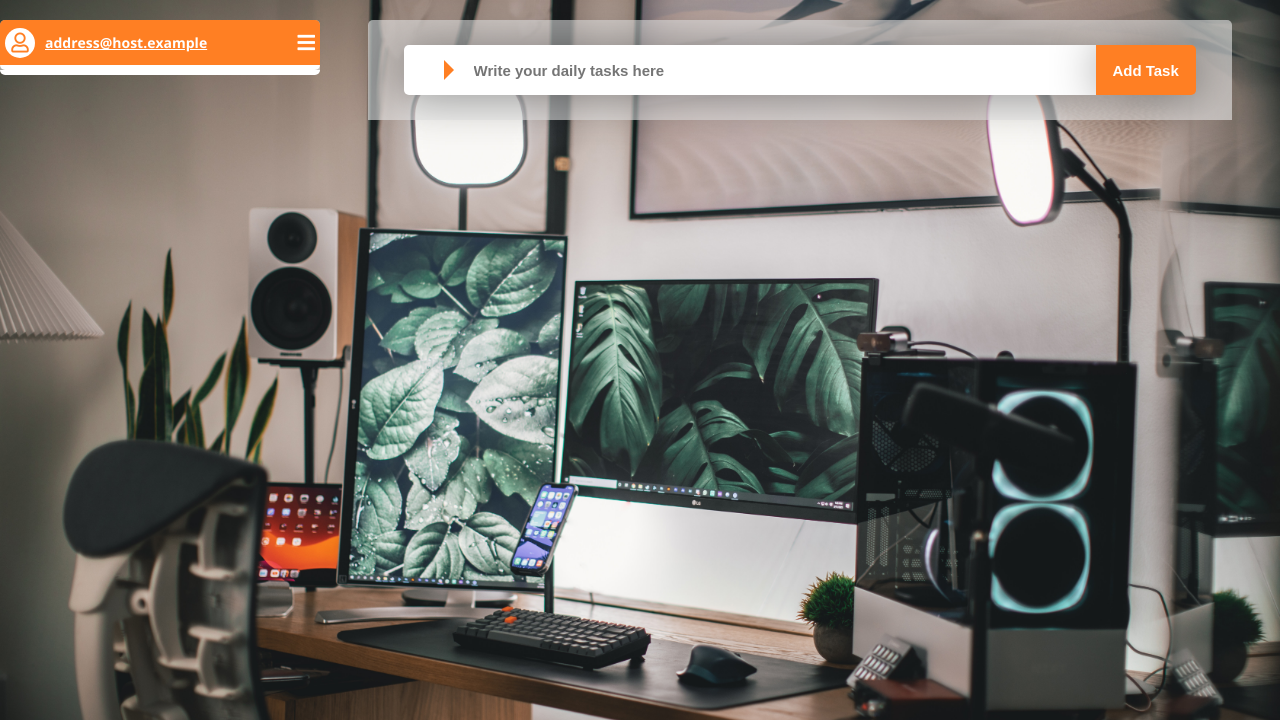
Repository: OmarEssameldinMousa/To-do-list-level01
Page: index.html
The author's editor kept a copy of each file at every save. The page is drawn from the files as they stood at one save, then again after the next save.
The browser window is 1280 px wide. The pictures show the whole page.

Above is the page before, as saved 2023-08-10 00:26:22.

After the next save:
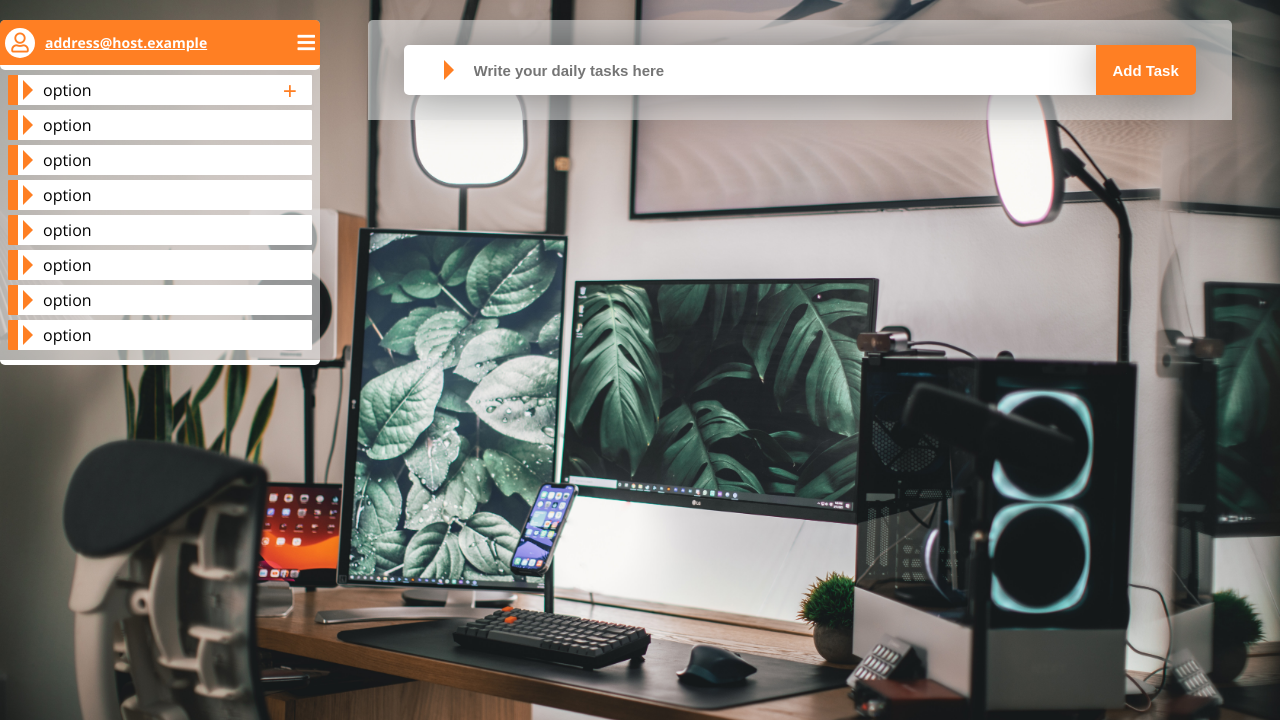
Saved 57 s later.
--- a/main.css
+++ b/main.css
@@ -87,7 +87,7 @@ ul {
     margin: auto;
     margin-top: 5px;
     padding-bottom: 5px;
-    display: none;
+    position: relative;
     transition: display 0.3s ease-in-out;
 }
 
